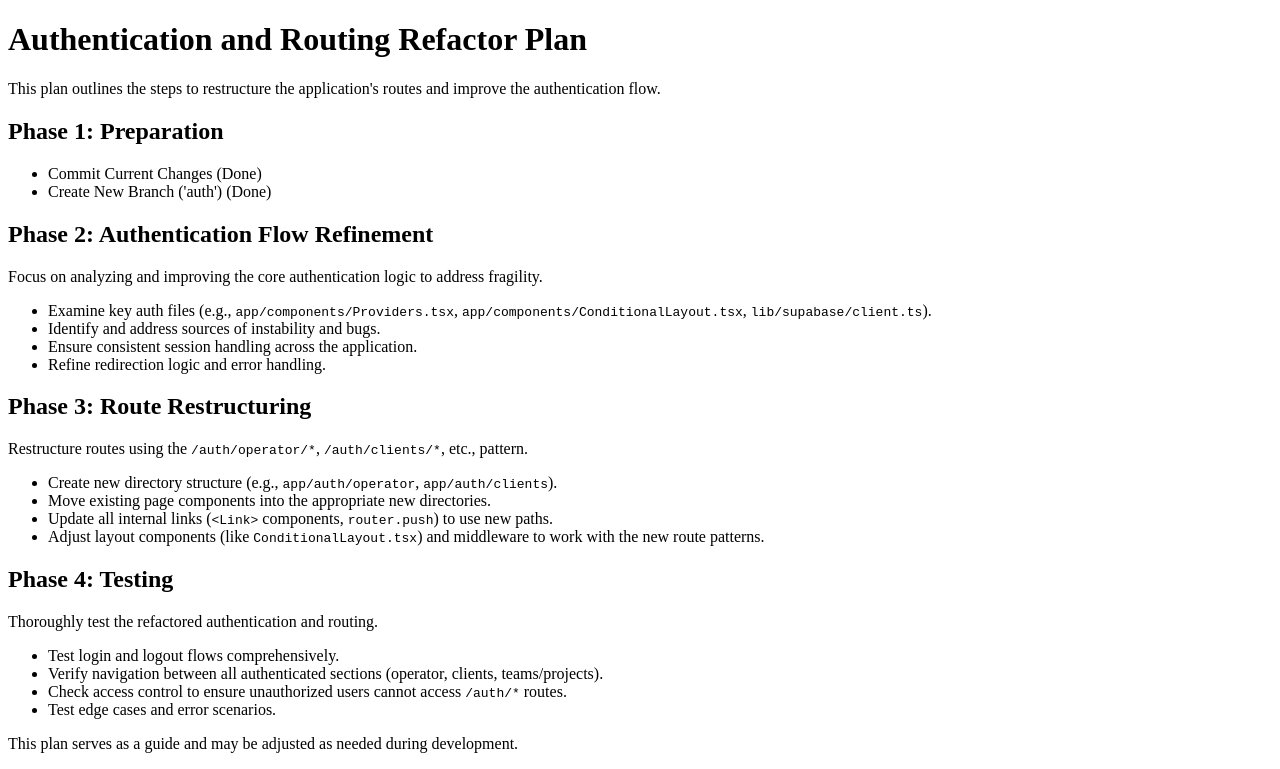
Repository: b0ase/b0ase.com
Page: /authplan
The author's editor kept a copy of each file at every save. The page is drawn from the files as they stood at one save, then again after a run of saves.
The browser window is 1280 px wide. The pictures show the whole page.
The project was rebuilt for these pictures with package versions that can differ from the ones it lists, and the page was loaded fresh each time. The framework's server and built-in components were replaced by stand-ins that run in the browser. Also part of the build but not shown: next.config.js.

Above is the page before, as saved 2025-05-30 19:02:27.

After the next 2 saves:
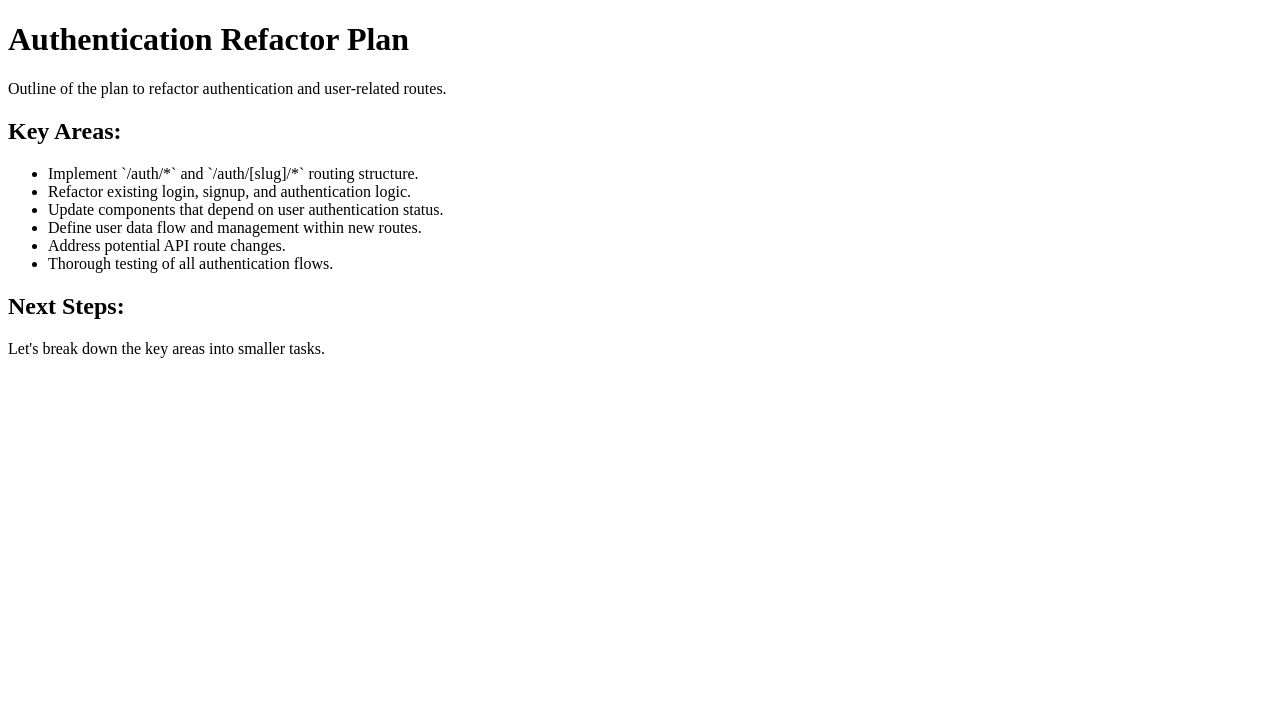
The 2 saves are shown as one change because they came seconds apart.
The last was saved 62 min 32 s later.
--- a/app/authplan/page.tsx
+++ b/app/authplan/page.tsx
@@ -1,57 +1,22 @@
-'use client';
-
-import React from 'react';
-
 export default function AuthPlanPage() {
   return (
-    <div className="container mx-auto p-8 text-white">
-      <h1 className="text-3xl font-bold mb-6">Authentication and Routing Refactor Plan</h1>
-      <p className="text-lg mb-8">This plan outlines the steps to restructure the application's routes and improve the authentication flow.</p>
+    <div className="container mx-auto p-4">
+      <h1 className="text-2xl font-bold mb-4">Authentication Refactor Plan</h1>
+      <p className="mb-4">Outline of the plan to refactor authentication and user-related routes.</p>
 
-      <div className="space-y-8">
-        <section>
-          <h2 className="text-2xl font-semibold mb-4">Phase 1: Preparation</h2>
-          <ul className="list-disc list-inside space-y-2">
-            <li>Commit Current Changes (Done)</li>
-            <li>Create New Branch ('auth') (Done)</li>
-          </ul>
-        </section>
+      <h2 className="text-xl font-semibold mb-2">Key Areas:</h2>
+      <ul className="list-disc pl-5 mb-4">
+        <li>Implement `/auth/*` and `/auth/[slug]/*` routing structure.</li>
+        <li>Refactor existing login, signup, and authentication logic.</li>
+        <li>Update components that depend on user authentication status.</li>
+        <li>Define user data flow and management within new routes.</li>
+        <li>Address potential API route changes.</li>
+        <li>Thorough testing of all authentication flows.</li>
+      </ul>
 
-        <section>
-          <h2 className="text-2xl font-semibold mb-4">Phase 2: Authentication Flow Refinement</h2>
-          <p className="mb-2">Focus on analyzing and improving the core authentication logic to address fragility.</p>
-          <ul className="list-disc list-inside space-y-2">
-            <li>Examine key auth files (e.g., <code>app/components/Providers.tsx</code>, <code>app/components/ConditionalLayout.tsx</code>, <code>lib/supabase/client.ts</code>).</li>
-            <li>Identify and address sources of instability and bugs.</li>
-            <li>Ensure consistent session handling across the application.</li>
-            <li>Refine redirection logic and error handling.</li>
-          </ul>
-        </section>
-
-        <section>
-          <h2 className="text-2xl font-semibold mb-4">Phase 3: Route Restructuring</h2>
-          <p className="mb-2">Restructure routes using the <code>/auth/operator/*</code>, <code>/auth/clients/*</code>, etc., pattern.</p>
-          <ul className="list-disc list-inside space-y-2">
-            <li>Create new directory structure (e.g., <code>app/auth/operator</code>, <code>app/auth/clients</code>).</li>
-            <li>Move existing page components into the appropriate new directories.</li>
-            <li>Update all internal links (<code>&lt;Link&gt;</code> components, <code>router.push</code>) to use new paths.</li>
-            <li>Adjust layout components (like <code>ConditionalLayout.tsx</code>) and middleware to work with the new route patterns.</li>
-          </ul>
-        </section>
-
-        <section>
-          <h2 className="text-2xl font-semibold mb-4">Phase 4: Testing</h2>
-          <p className="mb-2">Thoroughly test the refactored authentication and routing.</p>
-          <ul className="list-disc list-inside space-y-2">
-            <li>Test login and logout flows comprehensively.</li>
-            <li>Verify navigation between all authenticated sections (operator, clients, teams/projects).</li>
-            <li>Check access control to ensure unauthorized users cannot access <code>/auth/*</code> routes.</li>
-            <li>Test edge cases and error scenarios.</li>
-          </ul>
-        </section>
-      </div>
-
-      <p className="mt-8 text-sm text-gray-400">This plan serves as a guide and may be adjusted as needed during development.</p>
+      <h2 className="text-xl font-semibold mb-2">Next Steps:</h2>
+      <p>Let's break down the key areas into smaller tasks.</p>
+      {/* Add more detailed steps here */}
     </div>
   );
 }
